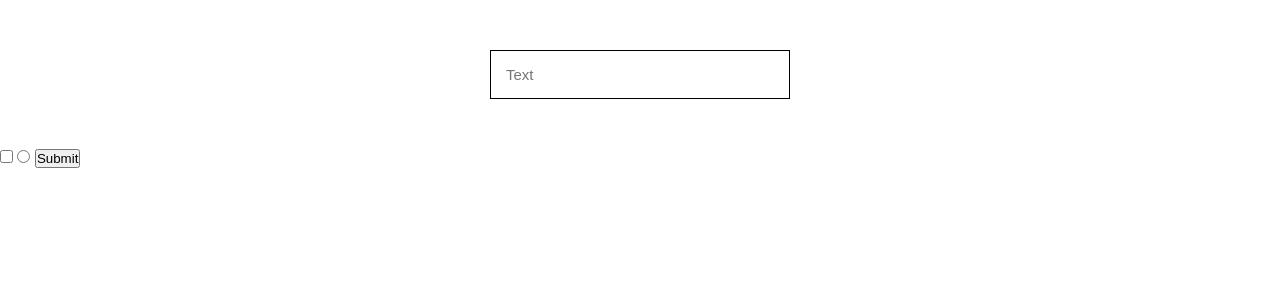
Repository: codysun1912/Javascript-coures
Page: index.html
These files come from the project's save history. The page is drawn as it stood at one moment and after the next save; the edit follows.
The browser window is 1280 px wide. The pictures show the whole page.

Above is the page before, as saved 2022-02-28 18:29:41.

### index.html
<!DOCTYPE html>
<html lang="en">
<head>
    <meta charset="UTF-8">
    <meta http-equiv="X-UA-Compatible" content="IE=edge">
    <meta name="viewport" content="width=device-width, initial-scale=1.0">
    <title>Javascript</title>
    <link rel="stylesheet" href="./css/app.css">

</head>
<body>
    <form class="form form-login">
        <input type="text" class="input" name = "name" placeholder="Text">
        <input type="checkbox" class="hobby"id="" value = "badminton">
        <input type="radio" class="gender" id="" value = " male">
        <button type="submit">Submit</button>
    </form>
    <script src="./Event/form.js"></script>
</body>
</html>

### css/app.css
html {
    box-sizing: border-box;
  }
  * {
    margin: 0;
    padding: 0;
  }
  *,
  *:before,
  *:after {
    box-sizing: border-box;
  }
  input,
  textarea,
  select,
  button {
    outline: none;
  }
  input {
    line-height: normal;
  }
  label,
  button {
    cursor: pointer;
  }
  a {
    text-decoration: none;
  }
  img {
    display: block;
    max-width: 100%;
  }
  *,
  *:before,
  *:after {
    box-sizing: border-box;
  }
  /* using rem unit */
  html {
    font-size: 62.5%;
  }
  a {
    text-decoration: none;
  }
  img {
    display: block;
    max-width: 100%;
  }
  body {
    font-family: "Poppins", sans-serif;
    font-size: 16px;
    line-height: 1;
  }
  /* .menu {
    width: 300px;
    position: fixed;
    top: 0;
    right: 0;
    bottom: 0;
    box-shadow: rgba(100, 100, 111, 0.2) 0px 7px 29px 0px;
    list-style: none;
    transform: translateX(100%);
    transition: transform 0.25s linear;
  }
  .menu.is-show {
    transform: translateX(0);
  }
  .menu-link {
    display: block;
    padding: 20px 15px;
    color: #333;
    border-bottom: 1px solid #eee;
  }
  .boxed {
    width: 200px;
    height: 200px;
    padding: 20px;
    margin-left: 50px;
    border: 5px solid;

    border-top: 50px solid;
  } */
  /* Modal */
 .input {
   padding:15px;
   border: 1px solid black;
   font-size:15px;
   width: 300px;
   margin:50px auto;
   display: block;

 }

### Event/form.js
const keyDown = document.querySelector(".input");
// keyDown.addEventListener("keydown" , function(event){
    // console.log(event.key);
    // console.log(event.keyCode);
    // console.log(event.which);
// })
// keyDown.addEventListener("keyup" , function(event){
//     console.log(event.key);

// })

// keyDown.addEventListener("change" , function(event){
//     console.log("working");

// })
// su kien xay ra khi an ra ngoai

// keyDown.addEventListener("focus" , function(event){
//     console.log("working");
// })

// keyDown.addEventListener("blur" , function(event){
//     console.log("working");
// })


const form = document.querySelector(".form");
form.addEventListener("submit", function(event){
    event.preventDefault();
    if(keyDown.value === ""){
        alert("not things");
    }
})

After the next save:
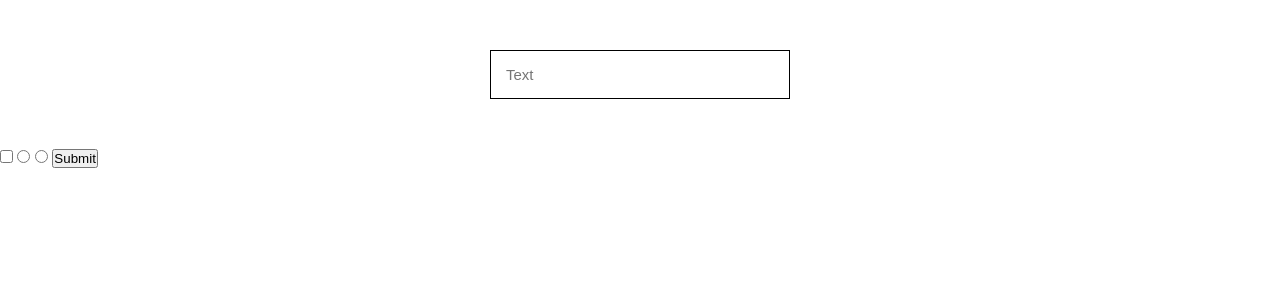
Saved 36 s later.
--- a/index.html
+++ b/index.html
@@ -13,6 +13,7 @@
         <input type="text" class="input" name = "name" placeholder="Text">
         <input type="checkbox" class="hobby"id="" value = "badminton">
         <input type="radio" class="gender" id="" value = " male">
+        <input type="radio" class="gender" id="" value = " female">
         <button type="submit">Submit</button>
     </form>
     <script src="./Event/form.js"></script>
